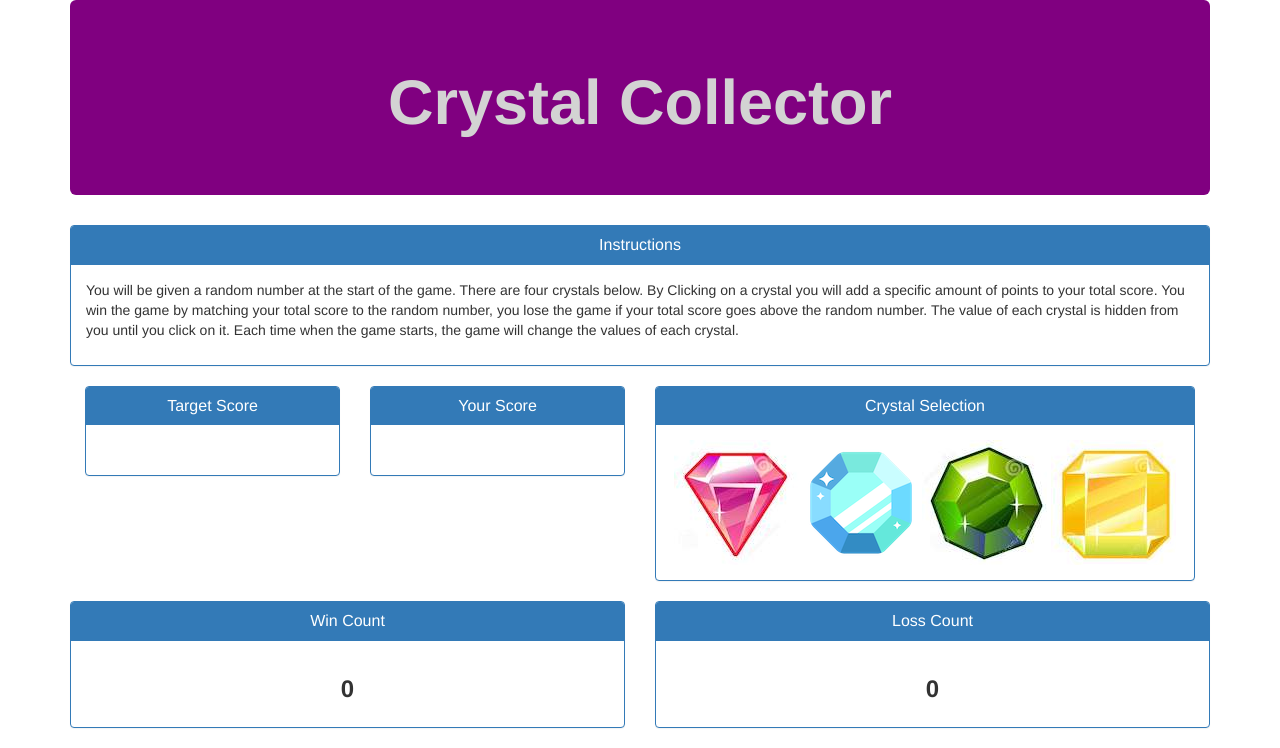
Repository: mikecherry1/week-4-game
Page: index.html
These files come from the project's save history. The page is drawn as it stood at one moment and after the next save; the edit follows.
The browser window is 1280 px wide. The pictures show the whole page.
Some web libraries are served in a nearby version.

Above is the page before, as saved 2017-11-21 19:40:31.

### index.html
<!doctype html>
<html lang="en">
  <head>

    <!-- Required meta tags -->
    <meta charset="utf-8">
    <meta name="viewport" content="width=device-width, initial-scale=1, shrink-to-fit=no">

    <!-- Bootstrap CSS -->
    <link rel="stylesheet" <link href="https://maxcdn.bootstrapcdn.com/bootstrap/3.3.7/css/bootstrap.min.css" rel="stylesheet" integrity="sha384-BVYiiSIFeK1dGmJRAkycuHAHRg32OmUcww7on3RYdg4Va+PmSTsz/K68vbdEjh4u"
        crossorigin="anonymous">
        <title>Crystal Collector</title>
  </head>
  <body>

    <div class="container">

        <div class="jumbotron" style= "background-color: purple; color: lightgrey;">
        <div class="container">
            <h1 class="text-center"><strong>Crystal Collector</strong></h1>
        </div>
    </div>

    <div class="row">
        <div class="col-lg-12">
            <div class="panel panel-primary">
                <div class="panel-heading">
                    <h3 class="panel-title text-center">Instructions</h3>
                </div>
                <div class="panel-body">
                    <p>You will be given a random number at the start of the game. There are four crystals below. By Clicking on a crystal you will add a specific amount of points to your total score. You win the game by matching your total score to the random number, you lose the game if your total score goes above the random number. The value of each crystal is hidden from you until you click on it. Each time when the game starts, the game will change the values of each crystal.</p>
            </div>
        </div>
    </div>

    </div>

    <div class="col-lg-3">

        <div class="panel panel-primary">
            <div class="panel-heading">
                <h3 class="panel-title text-center">Target Score</h3>
            </div>
            <div class="panel-body">
                <h3 class="text-center" id= "targetScore"></h3>
            </div>
        </div>
    </div>

        <div class="col-lg-3">

            <div class="panel panel-primary">
                <div class="panel-heading">
                    <h3 class="panel-title text-center">Your Score</h3>
                </div>
                <div class="panel-body">
                    <h3 class="text-center"  id= "yourScore"></h3>
                </div>
            </div>
        </div>

        <div class="col-lg-6">
            <div class="panel panel-primary">
                <div class="panel-heading">
                    <h3 class="panel-title text-center">Crystal Selection</h3>
                </div>
                <div class="panel-body text-center">
                    <img src="assets/images/pink_gem.jpg" alt="" id="pink">
                    <img src="assets/images/blue-crystal.png" alt="" id="blue">
                    <img src="assets/images/green_gem.jpg" alt="" id="green">
                    <img src="assets/images/yellow_gem.jpg" alt="" id="yellow">
                </div>
            </div>
        </div>

    <div class="row">

        <div class="col-lg-6">
            <div class="panel panel-primary">
                <div class="panel-heading">
                    <h3 class="panel-title text-center">Win Count</h3>
                </div>
                <div class="panel-body">
                    <h3 class="text-center">
                        <strong>0</strong>
                    </h3>
                </div>
            </div>
        </div>

        <div class="col-lg-6">
            <div class="panel panel-primary">
                <div class="panel-heading">
                    <h3 class="panel-title text-center">Loss Count</h3>
                </div>
                <div class="panel-body">
                    <h3 class="text-center">
                        <strong>0</strong>
                    </h3>
                </div>
            </div>
        </div>
    </div>


    <script src="https://code.jquery.com/jquery-3.2.1.slim.min.js" integrity="sha384-KJ3o2DKtIkvYIK3UENzmM7KCkRr/rE9/Qpg6aAZGJwFDMVNA/GpGFF93hXpG5KkN"
        crossorigin="anonymous"></script>
    <script src="https://cdnjs.cloudflare.com/ajax/libs/popper.js/1.12.3/umd/popper.min.js" integrity="sha384-vFJXuSJphROIrBnz7yo7oB41mKfc8JzQZiCq4NCceLEaO4IHwicKwpJf9c9IpFgh"
        crossorigin="anonymous"></script>
    <script src="assets/javascript/game.js"></script>
    <script src="https://maxcdn.bootstrapcdn.com/bootstrap/3.3.7/js/bootstrap.min.js" integrity="sha384-Tc5IQib027qvyjSMfHjOMaLkfuWVxZxUPnCJA7l2mCWNIpG9mGCD8wGNIcPD7Txa"
        crossorigin="anonymous"></script>

</body>
</html>

### assets/javascript/game.js
var crystal = {
    pink:
    {
        name: "Pink",
        value: 0
    },
    blue:
    {
        name: "Blue",
        value: 0
    },
    green:
    {
        name: "Green",
        value: 0
    },
    yellow:
    {
        name: "Yellow",
        value: 0
    }
};

var currentScore    = 0;
var targetScore     = 0;

var winCount        = 0;
var lossCount       = 0;


var getRandom = function(min,max) {
    return Math.floor(Math.random() * (max - min + 1)) + min;
}

var startGame = function() {

    var currentScore = 0;

    targetScore =           getRandom(19,120);

    crystal.pink.value =    getRandom(1, 12);
    crystal.blue.value =    getRandom(1, 12);
    crystal.green.value =   getRandom(1, 12);
    crystal.yellow.value =  getRandom(1, 12);

    $("#yourScore").html(currentScore);
    $("#targetScore").html(targetScore);
}

var addValues = function(crystal) {

    currentScore = currentScore + crystal.value;

    $("#yourScore").html(currentScore);

    checkWin();
}



$("#pink").click(function() {
    alert("pink!");
});

$("#blue").click(function() {
});

$("#green").click(function() {
});

$("#yellow").click(function() {
});

After the next save:
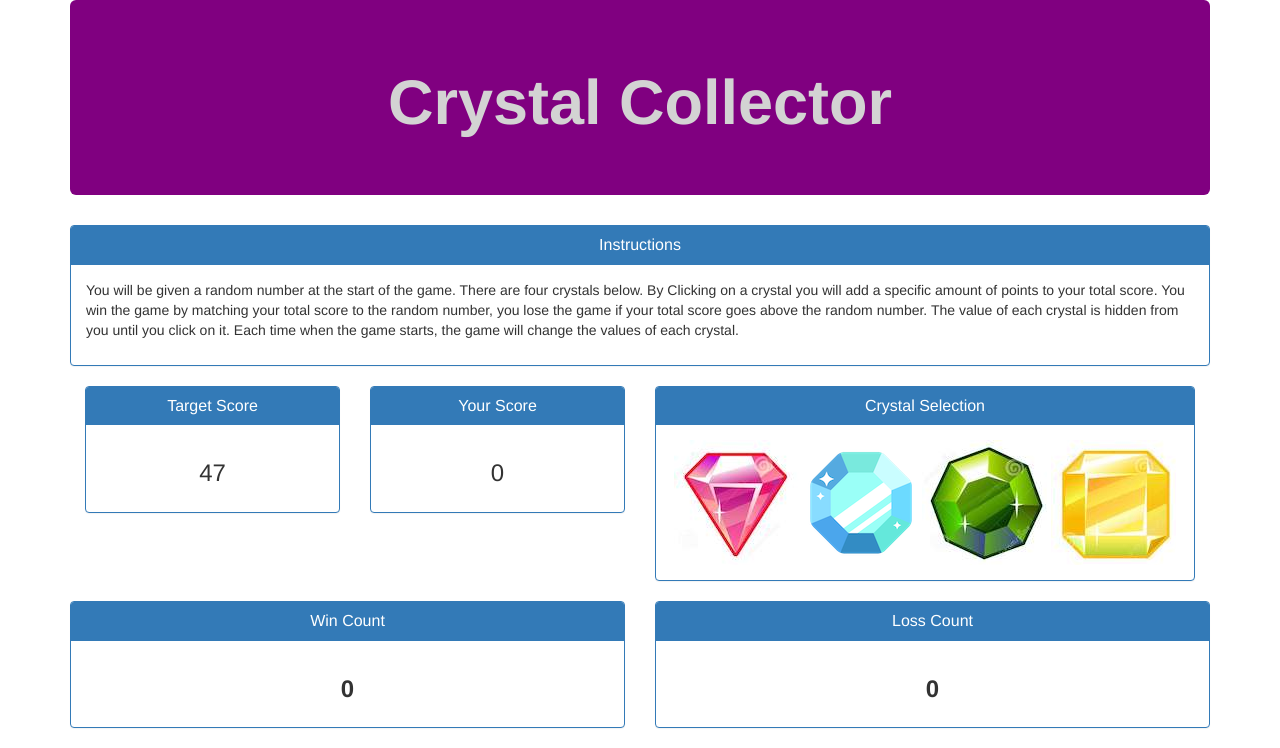
Saved 3 min 25 s later.
--- a/assets/javascript/game.js
+++ b/assets/javascript/game.js
@@ -57,12 +57,14 @@ var addValues = function(crystal) {
 }
 
 
+startGame();
 
 $("#pink").click(function() {
-    alert("pink!");
+    addValues(crystal.pink);
 });
 
 $("#blue").click(function() {
+    addValues(crystal.blue);
 });
 
 $("#green").click(function() {
